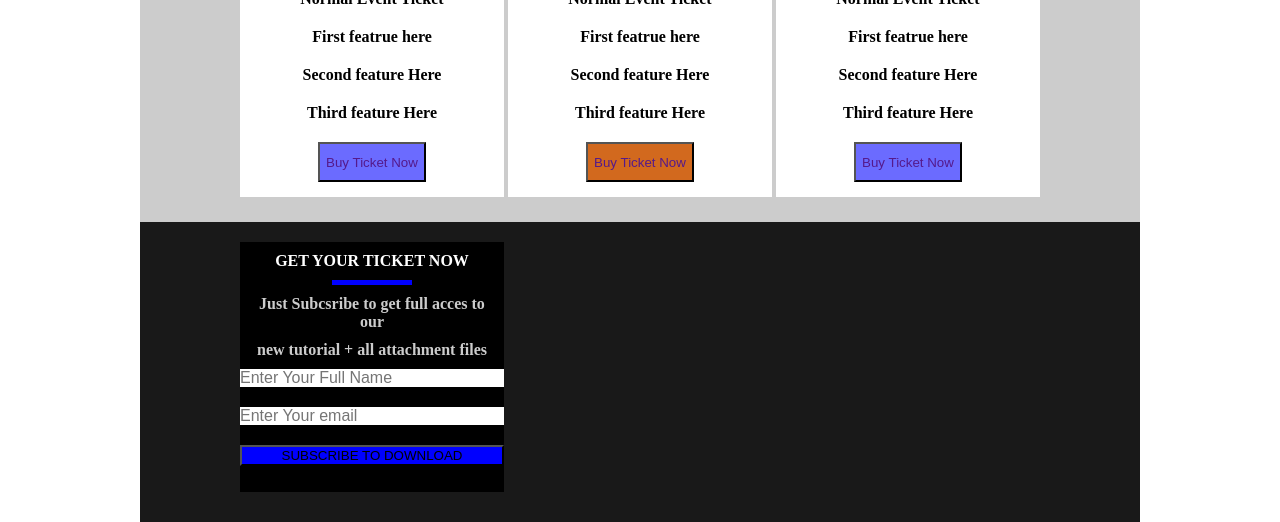
Repository: duyancol/project-ltw-nhom13
Page: page b/index.html
These files come from the project's save history. The page is drawn as it stood at one moment and after the next save; the edit follows.
The browser window is 1280 px wide. The pictures show the part of the page from y = 1038 to 1560 px (the page is 1560 px tall).
A picture or video elsewhere on the page could not be fetched, so the positions and the page height are approximate. Some web fonts or font styles are not loaded; a fallback is used.

Above is the page before, as saved 2021-10-18 11:37:38.

After the next save:
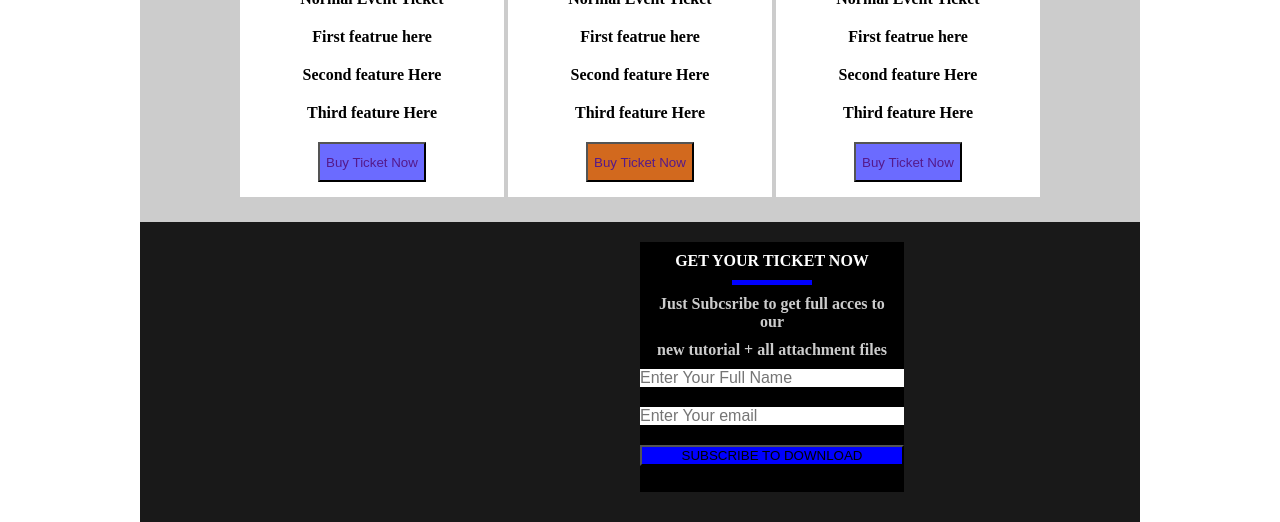
Saved 12 s later.
--- a/page b/style.css
+++ b/page b/style.css
@@ -160,8 +160,8 @@
  height: 250px;
  text-align: center;
  top: 20px;
- left: auto;
- right: auto;
+ left: 50%;
+
   }
   .ticket h1{
 color: white;
